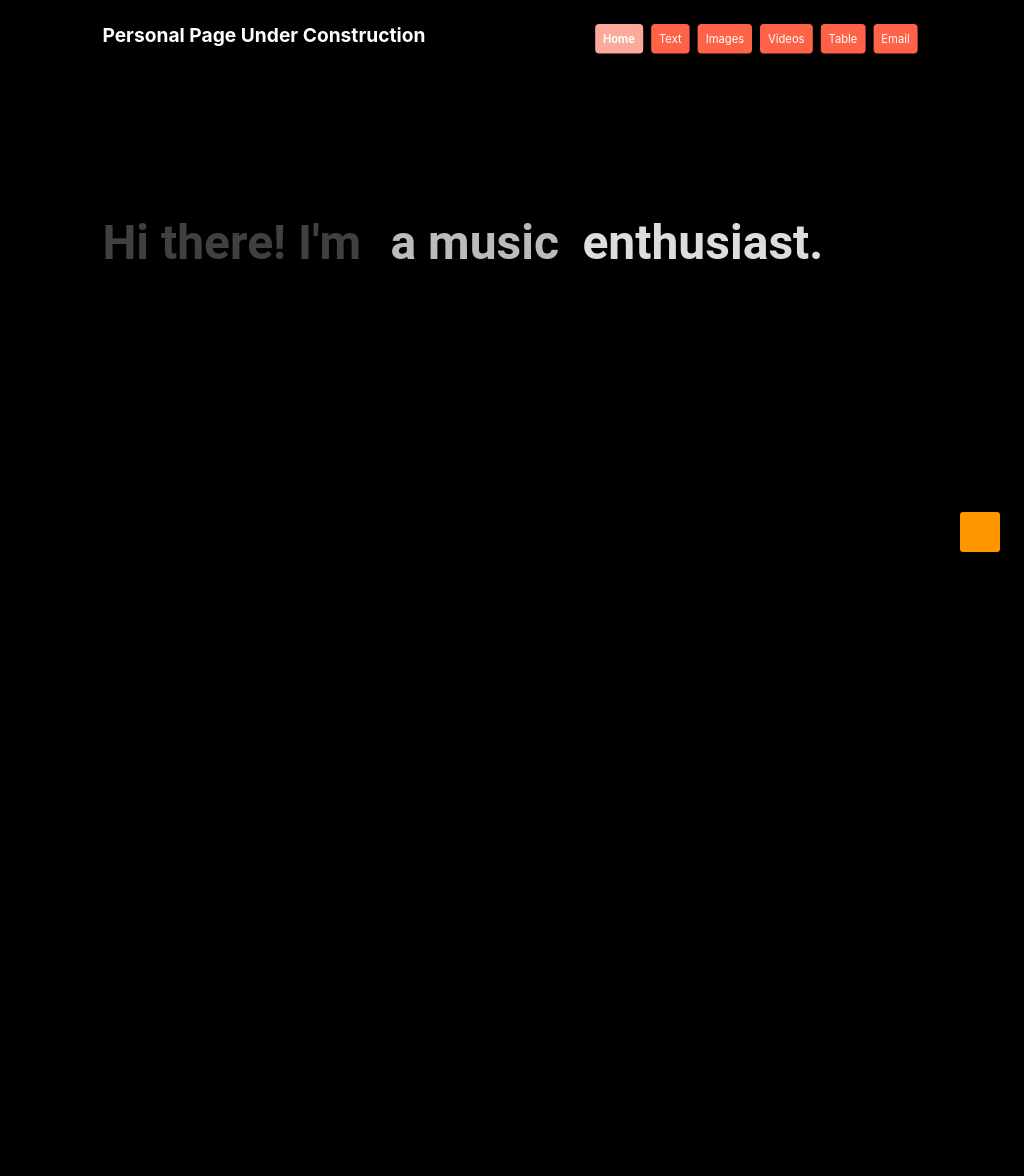
Repository: luhan68/personal_website
Page: index.html
The author's editor kept a copy of each file at every save. The page is drawn from the files as they stood at one save, then again after the next save.
The browser window is 1280 px wide. The pictures show the whole page, at 80% of full size.

Above is the page before, as saved 2021-01-31 20:03:14.

After the next save:
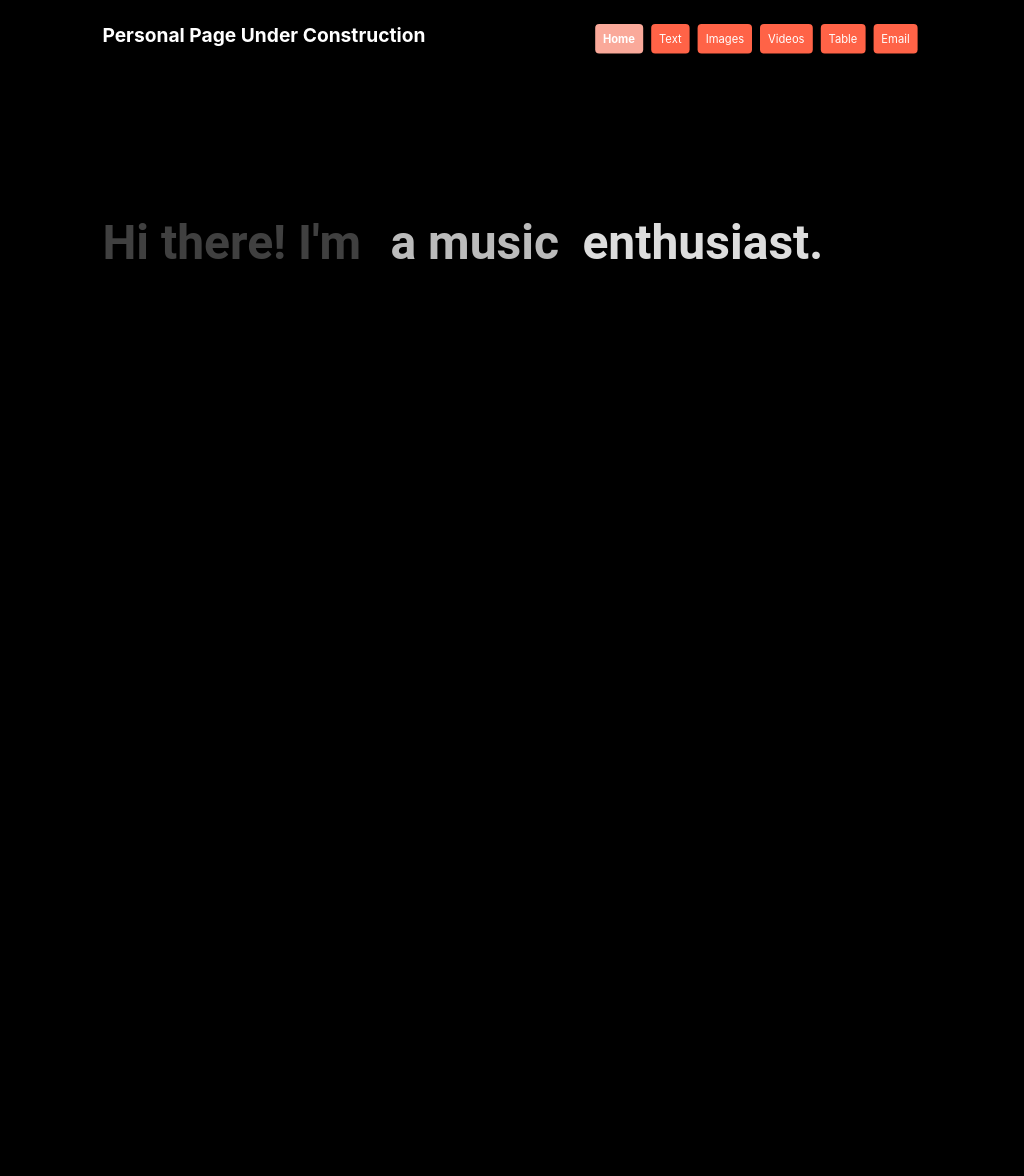
Console error: ReferenceError: inner is not defined
Saved 13 s later.
--- a/script.js
+++ b/script.js
@@ -63,10 +63,11 @@ var scrollToTopBtn = document.querySelector(".scrollToTopBtn")
 
 function handleScroll() {
   // Do something on scroll
+  var scrollTotal = document.documentElement.scrollHeight - document.documentElement.clientHeight
   console.log("scrollHeight is " + document.documentElement.scrollHeight)
-  console.log("clientHeight is " + document.documentElement.clientHeight)
+  console.log("scrollTotal is " + scrollTotal)
   console.log("scrollTop is " + document.documentElement.scrollTop)
-  if (document.documentElement.scrollHeight > 1000) {
+  if (inner.offsetTop - document.body.scrollTop /scrollTotal > 0.75) {
     // Show button
     console.log("button is shown")
     scrollToTopBtn.classList.add("show")
